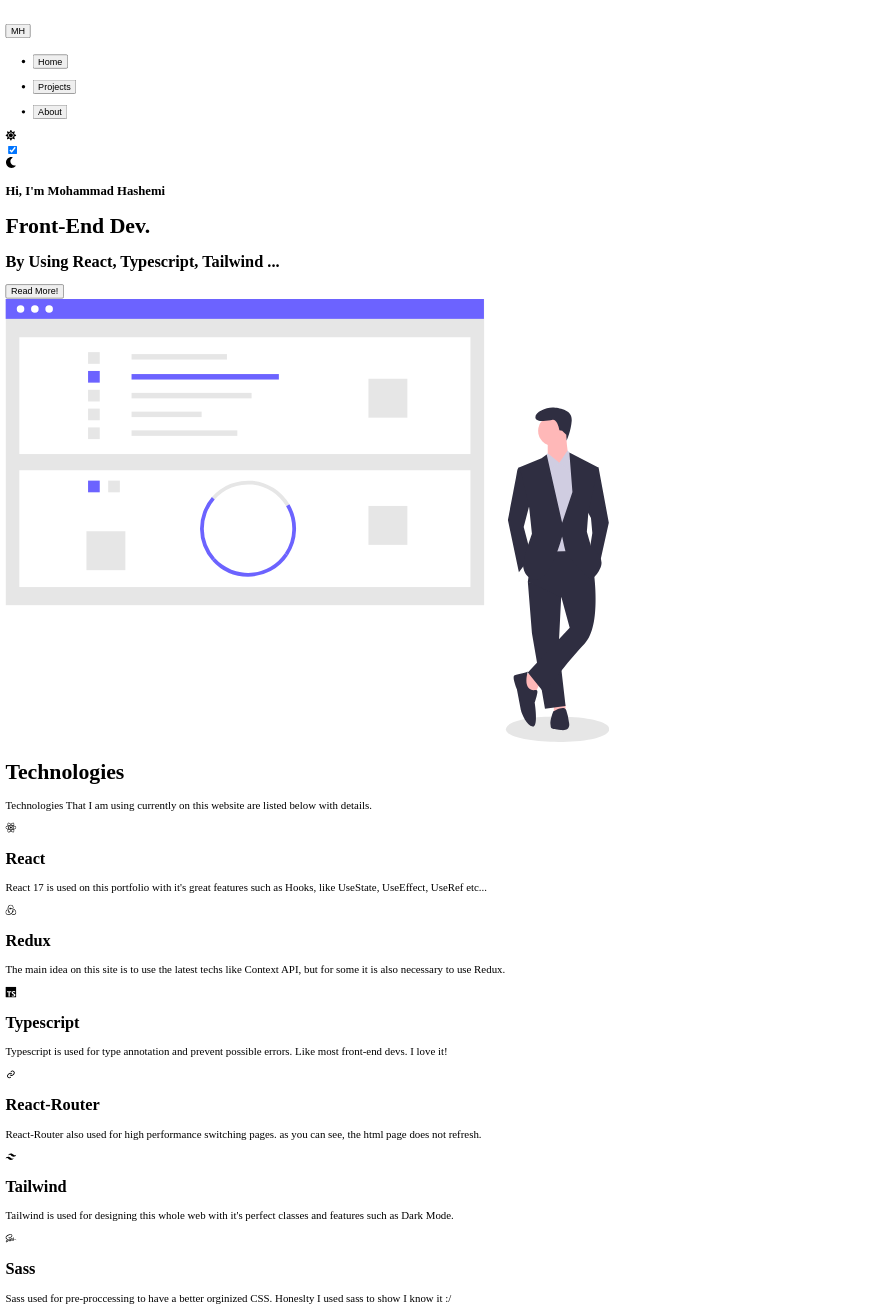
Repository: SMohammadH/react-typescript-tailwind
Page: /
These files come from the project's save history. The page is drawn as it stood at one moment and after the next save; the edit follows.
The browser window is 1280 px wide. The pictures show the whole page, at 68% of full size.
The project was rebuilt for these pictures with package versions that can differ from the ones it lists, and the page was loaded fresh each time. Also part of the build but not shown: craco.config.js.

Above is the page before, as saved 2021-02-05 04:03:03.

### src/index.css
.dark {
  --color-bg-primary: #2d3748;
  --color-bg-secondary: #283141;
  --color-text-primary: #f7fafc;
  --color-text-secondary: #e2e8f0;
  --color-text-accent: #c5b358;
}

.light {
  --color-bg-primary: #ffffff;
  --color-bg-secondary: #edf2f7;
  --color-text-primary: #2d3748;
  --color-text-secondary: #4a5568;
  --color-text-accent: #2b6cb0;
}

@import 'tailwindcss/base';
@import 'tailwindcss/components';
@import 'tailwindcss/utilities';

### src/App.tsx
import './App.css';
import 'tailwindcss/tailwind.css';
import { ThemeProvider } from './dark-mode/themeContext';
import { Navbar } from './components/Navbar';
import { FirstSection } from './components/FirstSection';
import { SecondSection } from './components/SecondSection';

const App: React.FC = () => {
  return (
    <div>
      <ThemeProvider>
        <Navbar />
        <div className="body bg-primary text-primary">
          <FirstSection />
          <SecondSection />
        </div>
      </ThemeProvider>
    </div>
  );
};

export default App;

### src/App.css
.font-gold {
  color: #c5b358;
}

### src/dark-mode/themeContext.tsx
import React from 'react';

const getInitialTheme = () => {
  if (typeof window !== 'undefined' && window.localStorage) {
    const storedPrefs = window.localStorage.getItem('color-theme');
    if (typeof storedPrefs === 'string') {
      return storedPrefs;
    }

    const userMedia = window.matchMedia('(prefers-color-scheme: dark)');
    if (userMedia.matches) {
      return 'dark';
    }
  }

  // If you want to use light theme as the default, return "light" instead
  return 'dark';
};

interface IContextProps {
  theme: string;
  setTheme: React.Dispatch<React.SetStateAction<string>>;
}
// Remember if You wanna uncomment above remove null in the next line.
export const ThemeContext = React.createContext({} as IContextProps);

interface ThemeProps {
  initialTheme?: any;
  children: any;
}

export const ThemeProvider: React.FC<ThemeProps> = ({
  initialTheme,
  children,
}) => {
  const [theme, setTheme] = React.useState(getInitialTheme);

  const rawSetTheme = (theme: string) => {
    const root = window.document.documentElement;
    const isDark = theme === 'dark';

    root.classList.remove(isDark ? 'light' : 'dark');
    root.classList.add(theme);

    localStorage.setItem('color-theme', theme);
  };

  if (initialTheme) {
    rawSetTheme(initialTheme);
  }

  React.useEffect(() => {
    rawSetTheme(theme);
  }, [theme]);

  return (
    <ThemeContext.Provider value={{ theme, setTheme }}>
      {children}
    </ThemeContext.Provider>
  );
};

### src/components/Navbar.tsx
import { Toggle } from '../dark-mode/toggle';
import { FaBars } from 'react-icons/fa';

export const Navbar = () => {
  return (
    <div className="bg-gray-800 text-gray-100  fixed  w-full z-10">
      <div className="max-w-screen-xl mx-auto px-2 sm:px-6 lg:px-8">
        <div className="relative flex items-center justify-between h-16">
          <div>
            <h1 className="text-3xl font-gold">
              <button className="focus:outline-none">MH</button>
            </h1>
          </div>
          <div className="px-4 cursor-pointer md:hidden"></div>
          <div className="flex">
            <div className="flex space-x-9 text-lg">
              <ul>
                <li>
                  <button className="hover:text-accent focus:outline-none">
                    Home
                  </button>
                </li>
              </ul>
              <ul>
                <li>
                  <button className="hover:text-accent focus:outline-none">
                    Projects
                  </button>
                </li>
              </ul>
              <ul>
                <li>
                  <button className="hover:text-accent focus:outline-none">
                    About
                  </button>
                </li>
              </ul>
            </div>
            <div className="ml-9 self-center">
              <Toggle />
            </div>
          </div>
        </div>
      </div>
    </div>
  );
};

### src/components/FirstSection.tsx
import Success from '../svg/success.svg';

export const FirstSection = () => {
  return (
    <div className="flex justify-between  space-x-20 p-10 pt-40 max-w-screen-xl mx-auto md:flex-row">
      <div className="self-center pb-20 mb-20 space-y-2">
        <h3 className="text-xl">Hi, I'm Mohammad Hashemi</h3>
        <h1 className="text-5xl text-accent">Front-End Dev.</h1>
        <h2 className="text-medium">
          By Using React, Typescript, Tailwind ...
        </h2>
        <button className="btn">Read More!</button>
      </div>
      <div className="">
        <img src={Success} alt="" />
      </div>
    </div>
  );
};

### src/components/SecondSection.tsx
import { Card } from './Card';
import { FaSass } from 'react-icons/fa';
import { SiTypescript, SiTailwindcss, SiRedux, SiReact } from 'react-icons/si';
import { BiLink } from 'react-icons/bi';

const text = [
  {
    react: `React 17 is used on this portfolio with it's great features such as Hooks, like UseState, UseEffect, UseRef etc...`,
  },
  {
    redux:
      'The main idea on this site is to use the latest techs like Context API, but for some it is also necessary to use Redux.',
  },
  {
    typescript:
      'Typescript is used for type annotation and prevent possible errors. Like most front-end devs. I love it!',
  },
  {
    reactRouter:
      'React-Router also used for high performance switching pages. as you can see, the html page does not refresh.',
  },
  {
    tailwind: `Tailwind is used for designing this whole web with it's perfect classes and features such as Dark Mode.`,
  },
  {
    sass:
      'Sass used for pre-proccessing to have a better orginized CSS. Honeslty I used sass to show I know it :/',
  },
];
console.log(text[0].react);

export const SecondSection = () => {
  return (
    <div className="bg-secondary text-secondary">
      <div className="max-w-screen-xl mx-auto px-5 py-24">
        <div className="text-center mb-20">
          <h1 className="text-accent mb-4 text-4xl leading-10 tracking-tight sm:text-5xl sm:leading-none md:text-6xl">
            Technologies
          </h1>
          <p className="text-base leading-relaxed xl:w-2/4 lg:w-3/4 mx-auto">
            Technologies That I am using currently on this website are listed
            below with details.
          </p>
          <div className="flex mt-6 justify-center">
            <div className="w-16 h-1 rounded-full bg-indigo-500 inline-flex"></div>
          </div>
        </div>
        <div className="flex flex-wrap sm:-m-4 -mx-4 -mb-10 -mt-4">
          <Card
            Img={SiReact}
            imgSize={10}
            header="React"
            imgColor="blue-600"
            imgBack="blue"
            text={text[0].react}
          />
          <Card
            Img={SiRedux}
            imgSize={10}
            header="Redux"
            imgColor="purple-500"
            imgBack="purple"
            text={text[1].redux}
          />
          <Card
            Img={SiTypescript}
            imgSize={7}
            header="Typescript"
            imgColor="blue-700"
            imgBack="blue"
            text={text[2].typescript}
          />

          <Card
            Img={BiLink}
            imgSize={10}
            header="React-Router"
            imgColor="red-600"
            imgBack="red"
            text={text[3].reactRouter}
          />
          <Card
            Img={SiTailwindcss}
            imgSize={10}
            header="Tailwind"
            imgColor="green-500"
            imgBack="green"
            text={text[4].tailwind}
          />

          <Card
            Img={FaSass}
            imgSize={10}
            header="Sass"
            imgColor="pink-600"
            imgBack="pink"
            text={text[5].sass}
          />
        </div>
      </div>
    </div>
  );
};

### src/dark-mode/toggle.tsx
import React from 'react';
import { ThemeContext } from './themeContext';
import './toggle.css';
import { FaSun } from 'react-icons/fa';
import { FaMoon } from 'react-icons/fa';

export const Toggle = () => {
  const { theme, setTheme } = React.useContext(ThemeContext);

  const isDark = () => {
    return theme === 'dark';
  };

  return (
    <label className="flex items-center cursor-pointer">
      <div className="ml-3 font-medium mr-3">
        {theme === 'light' ? (
          <FaSun className="text-yellow-100 text-2xl" />
        ) : (
          <FaSun className="text-gray-400" />
        )}
      </div>
      <div className="relative">
        <input
          type="checkbox"
          className="hidden"
          checked={isDark()}
          onChange={e => setTheme(e.target.checked ? 'dark' : 'light')}
        />
        <div className="toggle__line w-10 h-4 bg-gray-400 rounded-full shadow-inner"></div>
        <div className="toggle__dot absolute w-6 h-6 bg-white rounded-full shadow inset-y-0 left-0"></div>
      </div>

      <div className="ml-3 ">
        {theme === 'light' ? (
          <FaMoon className="text-gray-400" />
        ) : (
          <FaMoon className="text-blue-100 text-xl" />
        )}
      </div>
    </label>
  );
};

### src/components/Card.tsx
interface Props {
  Img: any;
  imgSize: number;
  imgColor: string;
  imgBack: string;
  header: string;
  text?: string;
}

export const Card: React.FC<Props> = ({
  Img,
  imgSize,
  imgColor,
  imgBack,
  header,
  text,
}) => {
  return (
    <div className="relative max-w-sm md:max-w-xs mx-auto ">
      <div
        className={`absolute mr-2 ml-8 mb-11 inset-0 bg-gradient-to-r from-${imgBack}-200 to-${imgBack}-400 dark:from-gray-800 dark:to-${imgBack}-900 shadow-lg transform -skew-y-3 sm:skew-y-0 sm:-rotate-6 rounded-3xl`}
      ></div>
      <div className="relative py-7 px-2 md:mb-0 flex flex-col ">
        <div className="px-4 py-10 mr-6 bg-primary text-primary shadow-lg rounded-3xl transform translate-x-6 -translate-y-6  ">
          <div
            className={`inline-flex w-12 h-12 rounded-full items-center justify-center bg-${imgBack}-100 text-${imgColor} mb-4 flex-shrink-0 p-2`}
          >
            <Img className={`w-${imgSize} h-${imgSize}`} />
            {/* className="w-6 h-6"
              fill="none"
              stroke="currentColor"
              viewBox="0 0 24 24"
              xmlns="http://www.w3.org/2000/svg"
            >
              <path
                stroke-linecap="round"
                stroke-linejoin="round"
                stroke-width="2"
                d="M7 21a4 4 0 01-4-4V5a2 2 0 012-2h4a2 2 0 012 2v12a4 4 0 01-4 4zm0 0h12a2 2 0 002-2v-4a2 2 0 00-2-2h-2.343M11 7.343l1.657-1.657a2 2 0 012.828 0l2.829 2.829a2 2 0 010 2.828l-8.486 8.485M7 17h.01"
              ></path>
            </Img> */}
          </div>
          <div className="flex-grow ">
            <h2 className="text-primary text-xl title-font font-medium mb-3">
              {header}
            </h2>
            <p className="leading-relaxed text-sm text-justify">{text}</p>
          </div>
        </div>
      </div>
    </div>
  );
};

### src/dark-mode/toggle.css
.toggle__dot {
  top: -0.25rem;
  left: -0.25rem;
  transition: all 0.3s ease-in-out;
}

input:checked ~ .toggle__dot {
  transform: translateX(100%);
  background-color: #48bb78;
}

### tailwind.config.js
module.exports = {
  purge: [],
  darkMode: 'class', // or 'media' or 'class'
  theme: {
    extend: {
      backgroundColor: {
        primary: 'var(--color-bg-primary)',
        secondary: 'var(--color-bg-secondary)',
      },
      textColor: {
        accent: 'var(--color-text-accent)',
        primary: 'var(--color-text-primary)',
        secondary: 'var(--color-text-secondary)',
      },
    },
  },
  variants: {
    extend: {},
  },
  plugins: [],
};

Loaded but not shown: public/index.html (common file); src/index.tsx (common file)

After the next save:
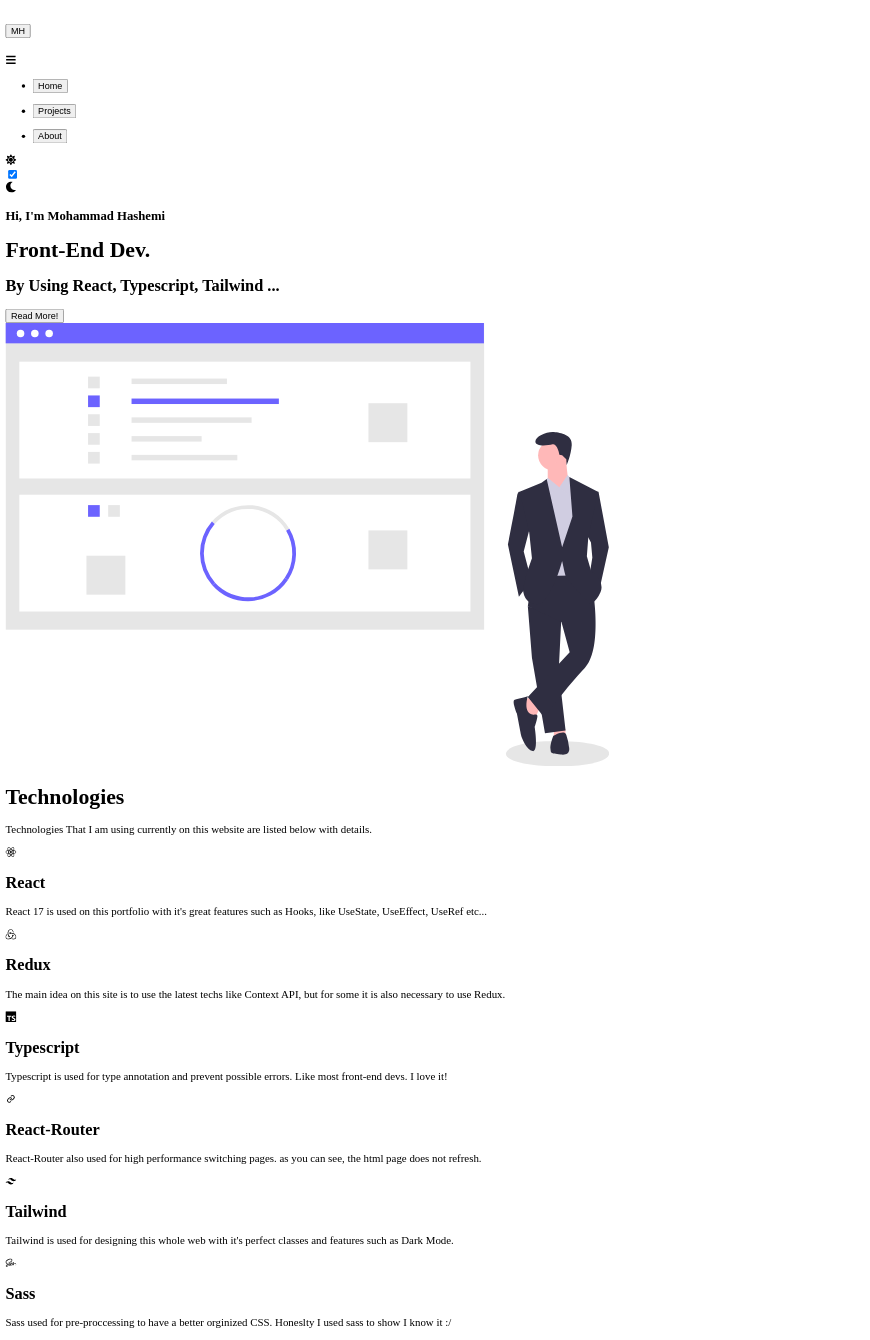
Saved 19 s later.
--- a/src/components/Navbar.tsx
+++ b/src/components/Navbar.tsx
@@ -11,7 +11,9 @@
               <button className="focus:outline-none">MH</button>
             </h1>
           </div>
-          <div className="px-4 cursor-pointer md:hidden"></div>
+          <div className="px-4 cursor-pointer md:hidden">
+            <FaBars />
+          </div>
           <div className="flex">
             <div className="flex space-x-9 text-lg">
               <ul>
